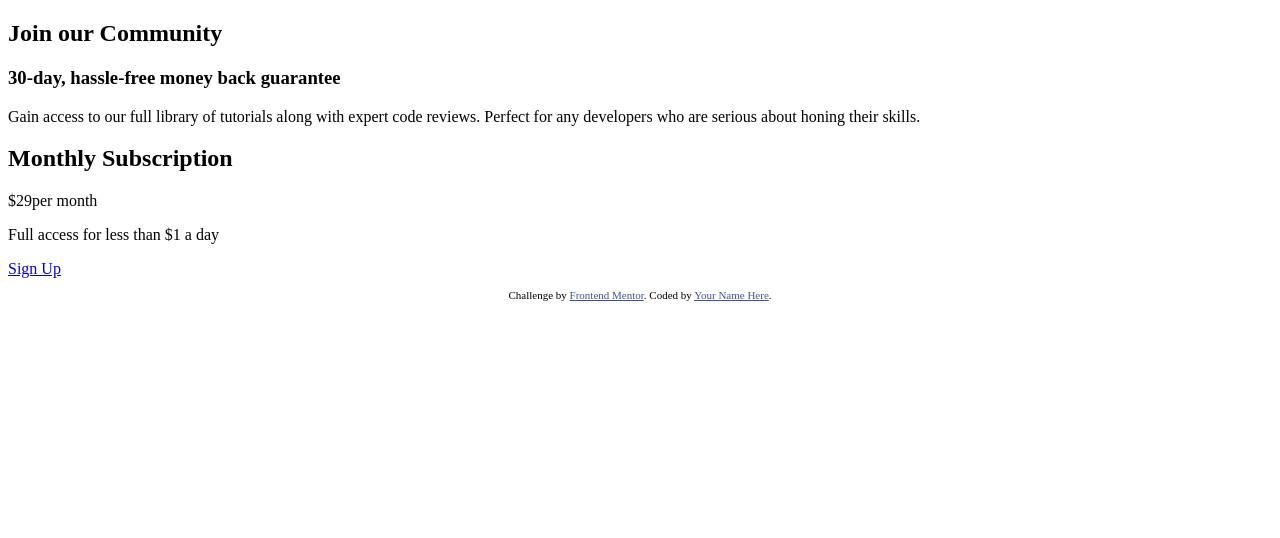
Repository: OmniaRafat232111121/single-price-grid-component-master
Page: index.html
The author's editor kept a copy of each file at every save. The page is drawn from the files as they stood at one save, then again after a run of saves.
The browser window is 1280 px wide. The pictures show the whole page.

Above is the page before, as saved 2022-06-28 00:13:45.

### index.html
<!DOCTYPE html>
<html lang="en">
<head>
  <meta charset="UTF-8">
  <meta name="viewport" content="width=device-width, initial-scale=1.0"> <!-- displays site properly based on user's device -->

  <link rel="icon" type="image/png" sizes="32x32" href="./images/favicon-32x32.png">

  <title>Frontend Mentor | Single Price Grid Component</title>

  <!-- Feel free to remove these styles or customise in your own stylesheet 👍 -->
  <style>
    .attribution { font-size: 11px; text-align: center; }
    .attribution a { color: hsl(228, 45%, 44%); }
  </style>
</head>
<body>

  <di class="card">
    <section class="bg-white section ">
      <h2>Join our Community</h2>
      <h3>30-day, hassle-free money back guarantee</h3>
      <p>Gain access to our full library of tutorials along with expert code reviews. Perfect for any developers who are serious about honing their skills.</p>

    </section>

    <section class="bg-dark-cyan section">
     <h2>Monthly Subscription</h2>
     <div class="pricetag"><span id="price">&dollar;29</span><span id="permonth">per month</span></div>
     <p>Full access for less than &dollar;1 a day</p>
     <a id="signup" href="#">Sign Up</a>
    </section>
  </di>
  <footer>
    <p class="attribution">
      Challenge by <a href="https://www.frontendmentor.io?ref=challenge" target="_blank">Frontend Mentor</a>.
      Coded by <a href="#">Your Name Here</a>.
    </p>
  </footer>
</body>
</html>

After the next 7 saves:
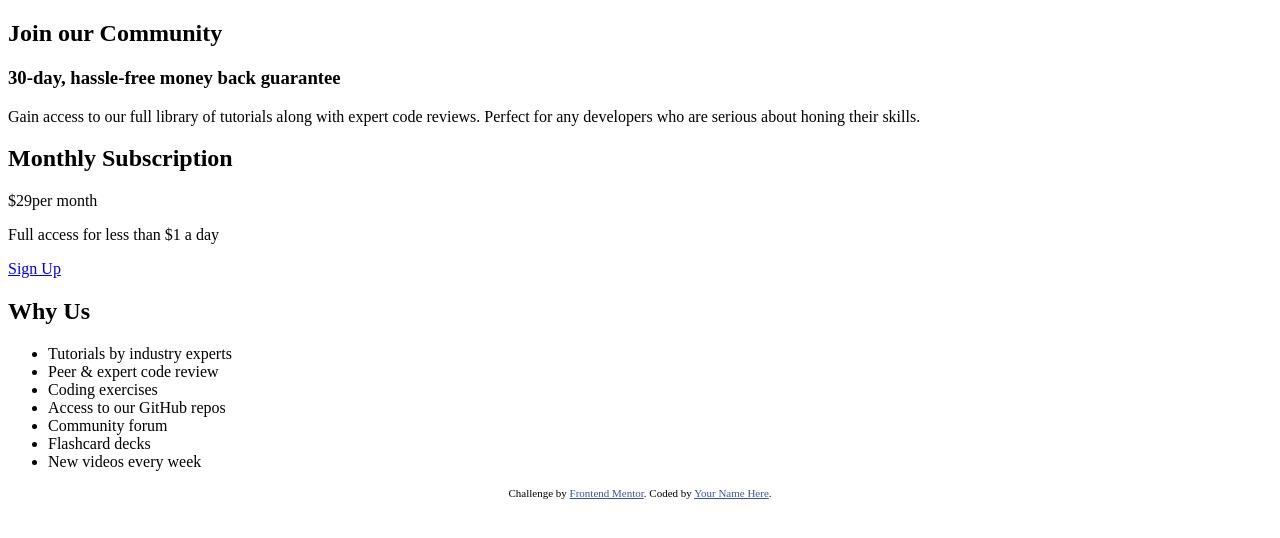
The 7 saves are shown as one change because they came seconds apart.
The last was saved 27 s later.
--- a/index.html
+++ b/index.html
@@ -16,7 +16,7 @@
 </head>
 <body>
 
-  <di class="card">
+  <div class="card">
     <section class="bg-white section ">
       <h2>Join our Community</h2>
       <h3>30-day, hassle-free money back guarantee</h3>
@@ -30,7 +30,20 @@
      <p>Full access for less than &dollar;1 a day</p>
      <a id="signup" href="#">Sign Up</a>
     </section>
-  </di>
+
+    <section class="bg-light-cyan section">
+    <h2>Why Us</h2>
+    <ul>
+      <li>Tutorials by industry experts</li>
+      <li>Peer &amp; expert code review</li>
+      <li>Coding exercises</li>
+      <li>Access to our GitHub repos</li>
+      <li>Community forum</li>
+      <li>Flashcard decks</li>
+      <li>New videos every week</li>
+    </ul>
+  </section>
+  </div>
   <footer>
     <p class="attribution">
       Challenge by <a href="https://www.frontendmentor.io?ref=challenge" target="_blank">Frontend Mentor</a>.
